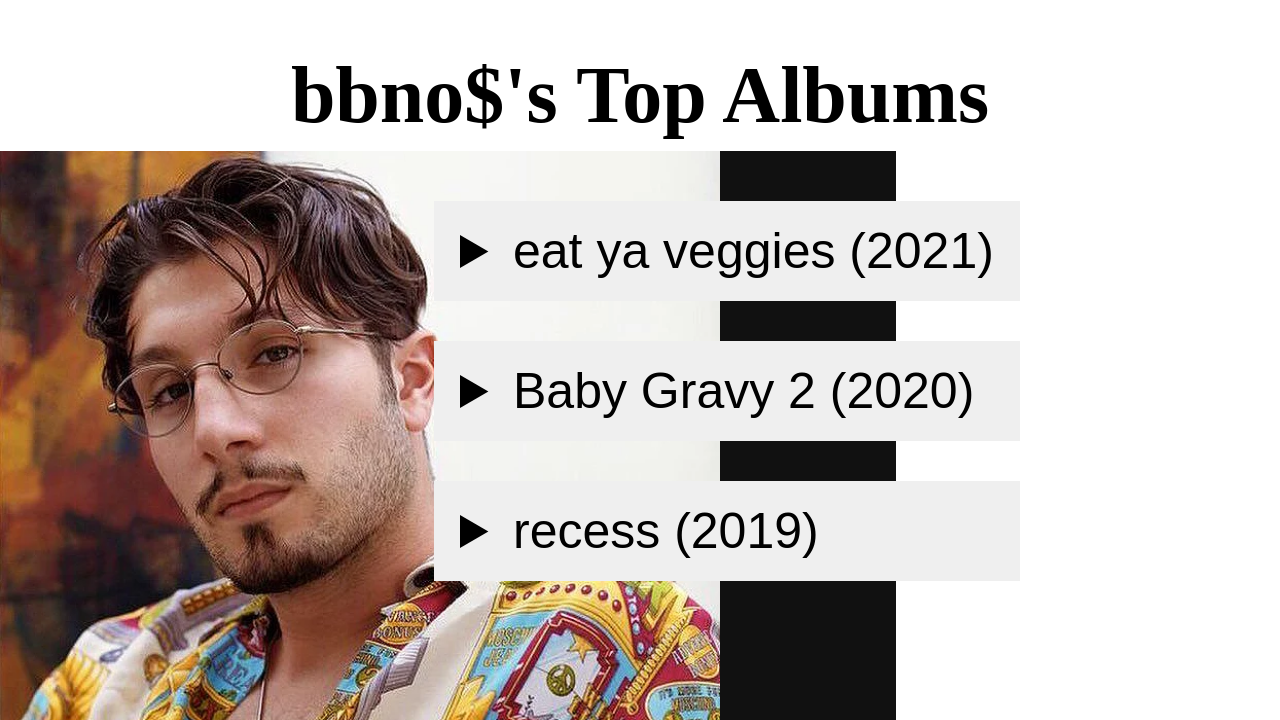
Repository: Jennica1/Lab1
Page: /
An editor plug-in stored every save of this project. The page is shown before and after a run of saves, followed by the edit.
The browser window is 1280 px wide. The pictures show the whole page.
The project was rebuilt for these pictures with package versions that can differ from the ones it lists, and the page was loaded fresh each time. Also part of the build but not shown: vite.config.js.

Above is the page before, as saved 2024-09-09 18:47:06.

After the next 2 saves:
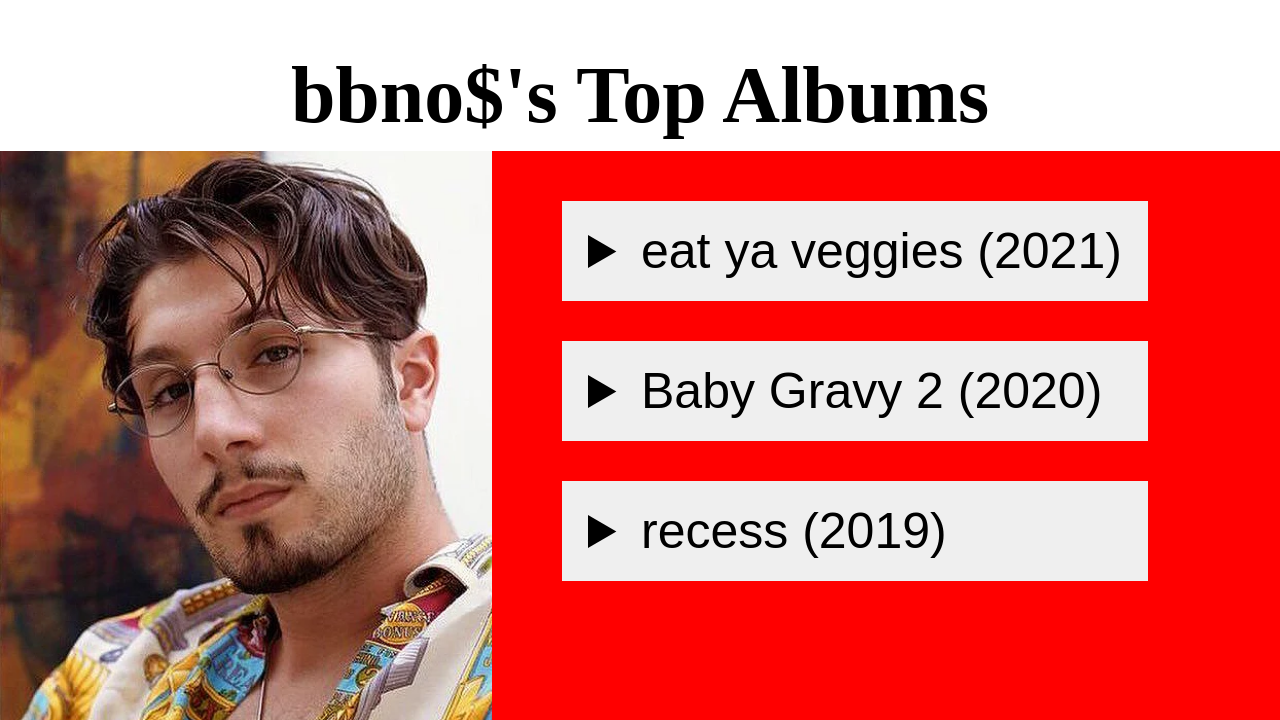
The 2 saves are shown as one change because they came seconds apart.
The last was saved 9 s later.
--- a/src/App.css
+++ b/src/App.css
@@ -24,7 +24,7 @@
 .split {
 position: fixed;
 height: 100%;
-width: 70%;
+width: 50%;
 overflow-x: hidden;
 display: flex;
 }
@@ -36,6 +36,7 @@
 
 .right {
   padding-left: 20px;
+  width: 60%;
   right: 0;
-
+  background-color: red;
 }
